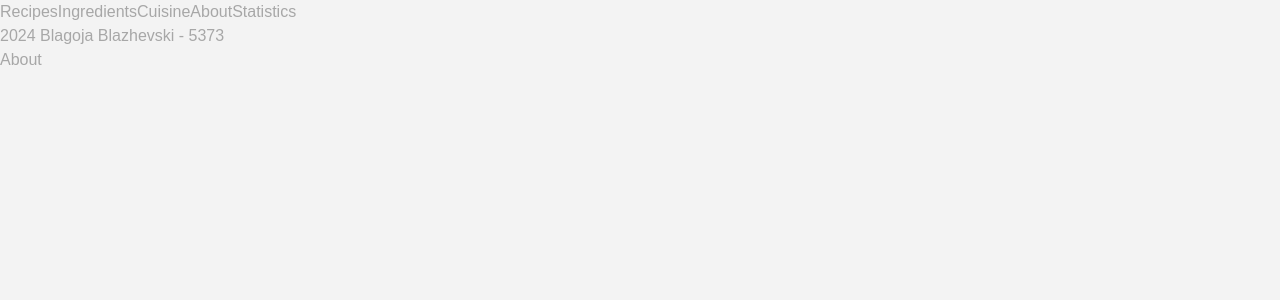
Repository: sweko/uacs-internet-programming-exams
Page: /Ingredients (app in part-time/code/5373-blagoja-blazevski/final-exam-internet-programming/)
These files come from the project's save history. The page is drawn as it stood at one moment and after the next save; the edit follows.
The browser window is 1280 px wide. The pictures show the whole page.
The page's requests for data from a server got no answer. The project was rebuilt for these pictures with package versions that can differ from the ones it lists, and the page was loaded fresh each time. The framework's server and built-in components were replaced by stand-ins that run in the browser. No one was signed in, and anything a server would have sent is missing. Also part of the build but not shown: part-time/code/5373-blagoja-blazevski/final-exam-internet-programming/next.config.mjs.

Above is the page before, as saved 2024-10-01 21:33:52.

### part-time/code/5373-blagoja-blazevski/final-exam-internet-programming/app/layout.tsx
import type { Metadata } from "next";
import localFont from "next/font/local";
import "./globals.css";
import Footer from "@/components/Footer";
import Header from "@/components/Header";

export const metadata: Metadata = {
  title: "Blagoja Blazhevski - 5373",
  description: "Solution for final exam",
};

export default function RootLayout({
  children,
}: Readonly<{
  children: React.ReactNode;
}>) {
  return (
    <html lang="en">
      <body>
        <div className="flex flex-col min-h-screen bg-background text-[#1c1c20]">
          <Header />
          {children}
          <Footer />
        </div>
      </body>
    </html>
  );
}

### part-time/code/5373-blagoja-blazevski/final-exam-internet-programming/app/Ingredients/page.tsx
"use client";

import useFetchData from "@/utils/CallAxiosMethod";
import { IData, IStringList } from "@/utils/CommonInterfaces";
import React, { useEffect, useState } from "react";
import { capitalizeFirstLetter } from "@/utils/ClientMethods";

const Ingredients = () => {
  const res = useFetchData({ objectName: "ingredients", method: "GET" });

  const [currentPage, setCurrentPage] = useState(1);
  const [data, setData] = useState<IStringList[]>();

  useEffect(() => {
    if (!res.isLoading) {
      if (res.status === 200) {
        // console.log(Math.ceil(res.data.length / 25));
        console.log(res.data);
        setData(res.data as IData[]);
      }
    }
  }, [res.isLoading]);

  const renderIngredientsPage = () => {
    return res.data
      .slice((currentPage - 1) * 25, currentPage * 25)
      .map((ingredient: string) => (
        <h1 key={ingredient}>{capitalizeFirstLetter(ingredient)}</h1>
      ));
  };

  const renderIngredientsPagination = () => {
    const pages = Math.ceil(res.data.length / 25);
    const pageNumbers = [];

    for (let i = 1; i <= pages; i++) {
      pageNumbers.push(i);
    }

    return pageNumbers.map((number) => (
      <button
        key={number}
        onClick={() => setCurrentPage(number)}
        className={`${
          number === currentPage
            ? "bg-[#ff5353] text-white"
            : "bg-white text-[#ff5353]"
        } px-3 py-1 rounded-lg hover:outline`}
      >
        {number}
      </button>
    ));
  };

  return (
    <main className="flex-1">
      <div className="w-full flex justify-center mt-3 gap-2">
        {data && renderIngredientsPagination()}
      </div>
      <section className="w-full py-16 lg:py-14">
        {data && renderIngredientsPage()}
      </section>{" "}
    </main>
  );
};

export default Ingredients;

### part-time/code/5373-blagoja-blazevski/final-exam-internet-programming/app/globals.css
@tailwind base;
@tailwind components;
@tailwind utilities;

:root {
  --background: #f3f3f3;
  --foreground: #a7a7a7;
}

body {
  color: var(--foreground);
  background: var(--background);
  font-family: Arial, Helvetica, sans-serif;
}

@layer utilities {
  .text-balance {
    text-wrap: balance;
  }
}

### part-time/code/5373-blagoja-blazevski/final-exam-internet-programming/components/Footer.tsx
import Link from "next/link";
import React from "react";

const Footer = () => {
  const student = {
    id: 5373,
    name: "Blagoja Blazhevski",
  };
  return (
    <footer className="flex flex-col gap-2 sm:flex-row py-6 w-full shrink-0 items-center px-4 md:px-6 border-t">
      <p className="text-xs text-muted-foreground">
        {new Date().getFullYear()} {student.name} - {student.id}
      </p>
      <nav className="sm:ml-auto flex gap-4 sm:gap-6">
        <Link className="text-xs hover:underline underline-offset-4" href="#">
          About
        </Link>
      </nav>
    </footer>
  );
};

export default Footer;

### part-time/code/5373-blagoja-blazevski/final-exam-internet-programming/components/Header.tsx
import Link from "next/link";
import React from "react";

const Header = () => {
  return (
    <header className="px-4 lg:px-6 h-14 flex items-center bg-[#ff5353] text-white">
      <nav className="ml-auto flex gap-4 sm:gap-6">
        <Link
          className="text-sm font-medium hover:underline underline-offset-4"
          href="/Recipes"
        >
          Recipes
        </Link>
        <Link
          className="text-sm font-medium hover:underline underline-offset-4"
          href="/Ingredients"
        >
          Ingredients
        </Link>
        <Link
          className="text-sm font-medium hover:underline underline-offset-4"
          href="#"
        >
          Cuisine
        </Link>
        <Link
          className="text-sm font-medium hover:underline underline-offset-4"
          href="#"
        >
          About
        </Link>
        <Link
          className="text-sm font-medium hover:underline underline-offset-4"
          href="#"
        >
          Statistics
        </Link>
      </nav>
    </header>
  );
};

export default Header;

### part-time/code/5373-blagoja-blazevski/final-exam-internet-programming/utils/CallAxiosMethod.ts
import { useState, useEffect } from "react";
import axios, { AxiosError, AxiosResponse, Method } from "axios";
import { IData, IFetchOptions } from "./CommonInterfaces";

const useFetchData = ({ objectName, method, body }: IFetchOptions) => {
  const [isLoading, setIsLoading] = useState<boolean>(true);
  const [data, setData] = useState<IData[] | IData>([]);
  const [status, setStatus] = useState<number>(0);
  const [error, setError] = useState<string | null>(null);

  const url = `http://localhost:2999/${objectName}`;

  useEffect(() => {
    const fetchData = async () => {
      setIsLoading(true);
      try {
        let res: AxiosResponse;
        if (method === "GET" || method === "DELETE") {
          res = await axios({ url, method });
        } else if (method === "POST" || method === "PATCH") {
          res = await axios({ url, method, data: body });
        } else {
          throw new Error("Unsupported method");
        }
        setData(res.data);
        setStatus(res.status);
        setError(null);
      } catch (err: AxiosError | any) {
        setData([]);
        setStatus(err.response?.status || 500);
        setError(err.message);
      } finally {
        setIsLoading(false);
      }
    };

    fetchData();
  }, []);

  return { isLoading, data, status, error };
};

export default useFetchData;

### part-time/code/5373-blagoja-blazevski/final-exam-internet-programming/utils/ClientMethods.ts
"use client";

export const capitalizeFirstLetter = (string: string) => {
  return string.charAt(0).toUpperCase() + string.slice(1);
};

After the next save:
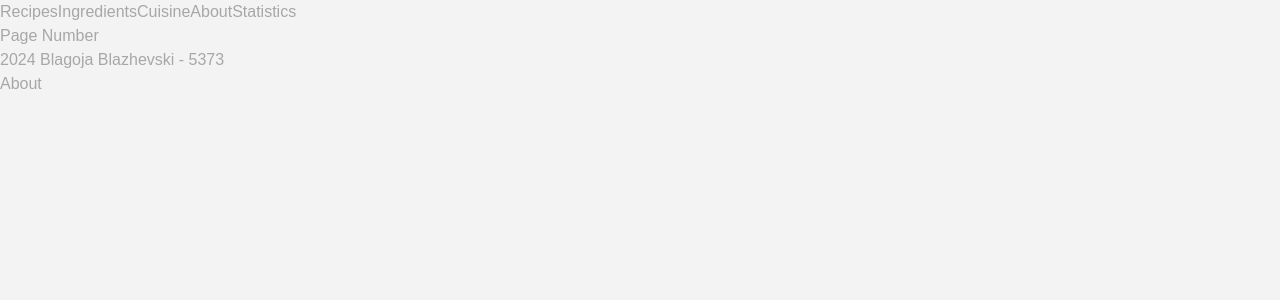
Saved 61 s later.
--- a/part-time/code/5373-blagoja-blazevski/final-exam-internet-programming/app/Ingredients/page.tsx
+++ b/part-time/code/5373-blagoja-blazevski/final-exam-internet-programming/app/Ingredients/page.tsx
@@ -56,6 +56,7 @@
     <main className="flex-1">
       <div className="w-full flex justify-center mt-3 gap-2">
         {data && renderIngredientsPagination()}
+        <p>Page Number</p>
       </div>
       <section className="w-full py-16 lg:py-14">
         {data && renderIngredientsPage()}

After the 3 saves that followed:
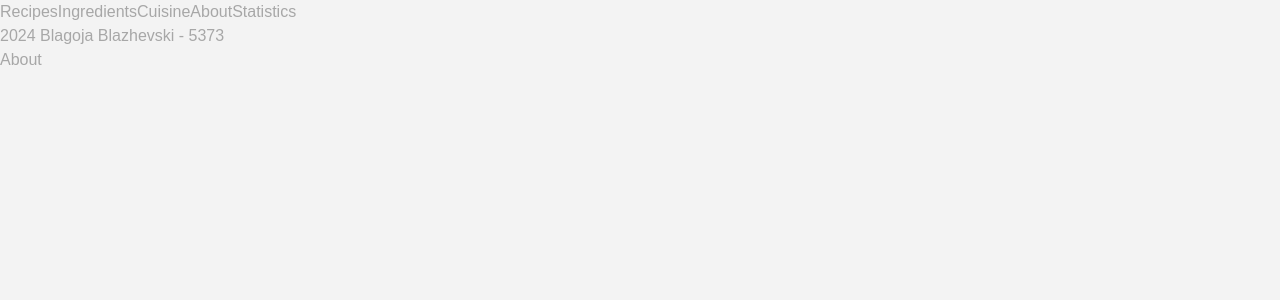
The 3 saves are shown as one change because 1 left the picture as it was and some came seconds apart.
The last was saved 21 s later.
--- a/part-time/code/5373-blagoja-blazevski/final-exam-internet-programming/app/Ingredients/page.tsx
+++ b/part-time/code/5373-blagoja-blazevski/final-exam-internet-programming/app/Ingredients/page.tsx
@@ -56,7 +56,6 @@
     <main className="flex-1">
       <div className="w-full flex justify-center mt-3 gap-2">
         {data && renderIngredientsPagination()}
-        <p>Page Number</p>
       </div>
       <section className="w-full py-16 lg:py-14">
         {data && renderIngredientsPage()}
